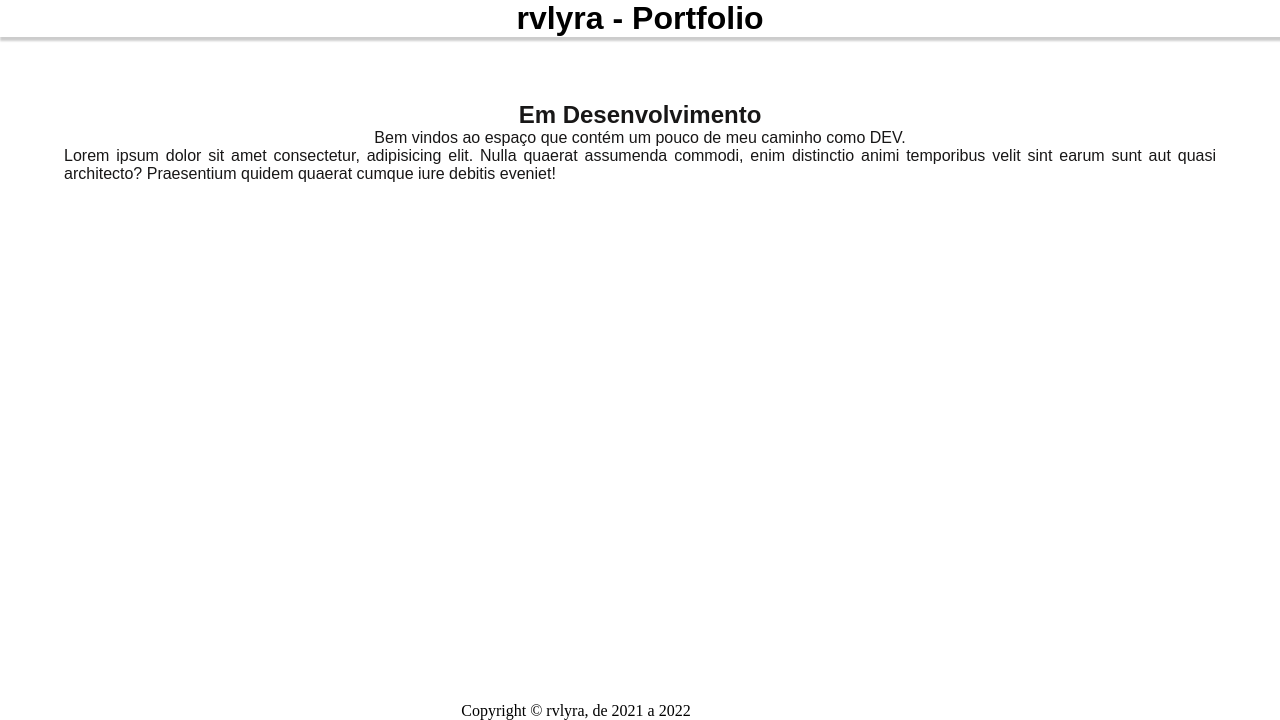
Repository: rvlyra/splash-screen-rvlyra
Page: Portfolio-RVLYRA/public/index.html
These files come from the project's save history. The page is drawn as it stood at one moment and after the next save; the edit follows.
The browser window is 1280 px wide. The pictures show the whole page.
Some web fonts or font styles are not loaded; a fallback is used.

Above is the page before, as saved 2022-07-06 09:33:21.

### Portfolio-RVLYRA/public/index.html
<!DOCTYPE html>
<html lang="en">
<head>
    <meta charset="UTF-8">
    <meta http-equiv="X-UA-Compatible" content="IE=edge">
    <meta name="viewport" content="width=device-width, initial-scale=1.0">
    <link rel="stylesheet" href="../assets/src/css/rl.main.css">
    <title>rvlyra @ Portfolio</title>
</head>
<body>
    <header class="header">
        <h1>rvlyra - Portfolio</h1>
    </header>

    <section class="sec-one">
        <h2>Em Desenvolvimento</h2>
        <p>Bem vindos ao espaço que contém um pouco de meu caminho como DEV.</p>
        <p>Lorem ipsum dolor sit amet consectetur, adipisicing elit. Nulla quaerat assumenda commodi, enim distinctio animi temporibus velit sint earum sunt aut quasi architecto? Praesentium quidem quaerat cumque iure debitis eveniet!</p>
    </section>
    <section></section>
    <section></section>


    <footer style=" bottom: 0; position: fixed; width: 90%;text-align: center;">
        <p>Copyright © rvlyra, de 2021 a <span id="ano"></span></p>
      </footer>

      <script src="../assets/src/js/rl.main.js"></script>
</body>
</html>

### Portfolio-RVLYRA/assets/src/css/rl.main.css
@import url('https://fonts.googleapis.com/css2?family=Mingzat&display=swap');

* {
    margin: 0;
    padding: 0;
    box-sizing: border-box;
}

.header {
    font-family: 'Mingzat', sans-serif;
    display:flex;
    justify-content:center;
    align-items:center;
    box-shadow: 2px 2px 2px 2px rgba(0, 0, 0, 0.2);
}

.sec-one {
    font-family: 'Mingzat', sans-serif;
    display:flex;
    justify-content:space-evenly;
    align-items:center;
    flex-direction: column;
    color: rgb(24, 23, 23);
    text-align: justify;

    margin: 5%;
}

### Portfolio-RVLYRA/assets/src/js/rl.main.js
const ano = document.getElementById("ano");
const anoAtual = new Date();
ano.innerHTML = anoAtual.getFullYear();

After the next save:
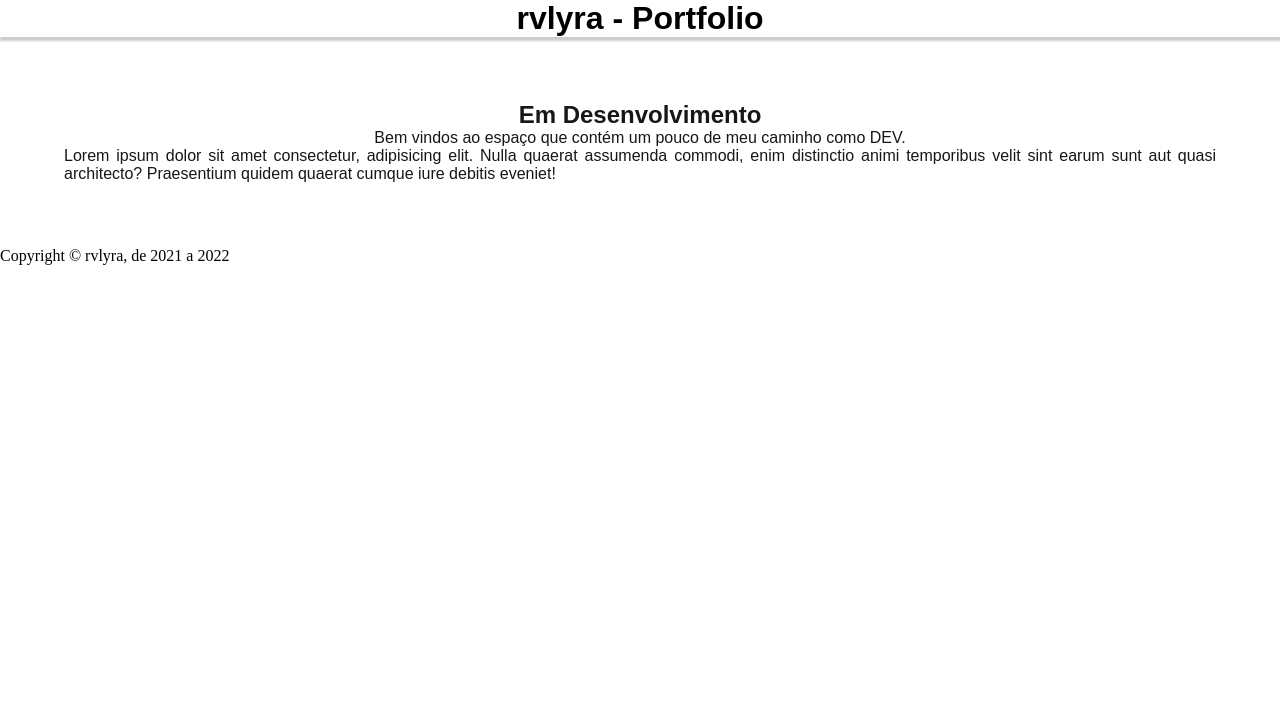
Saved 40 s later.
--- a/Portfolio-RVLYRA/public/index.html
+++ b/Portfolio-RVLYRA/public/index.html
@@ -21,7 +21,7 @@
     <section></section>
 
 
-    <footer style=" bottom: 0; position: fixed; width: 90%;text-align: center;">
+    <footer class="footer">
         <p>Copyright © rvlyra, de 2021 a <span id="ano"></span></p>
       </footer>
 
